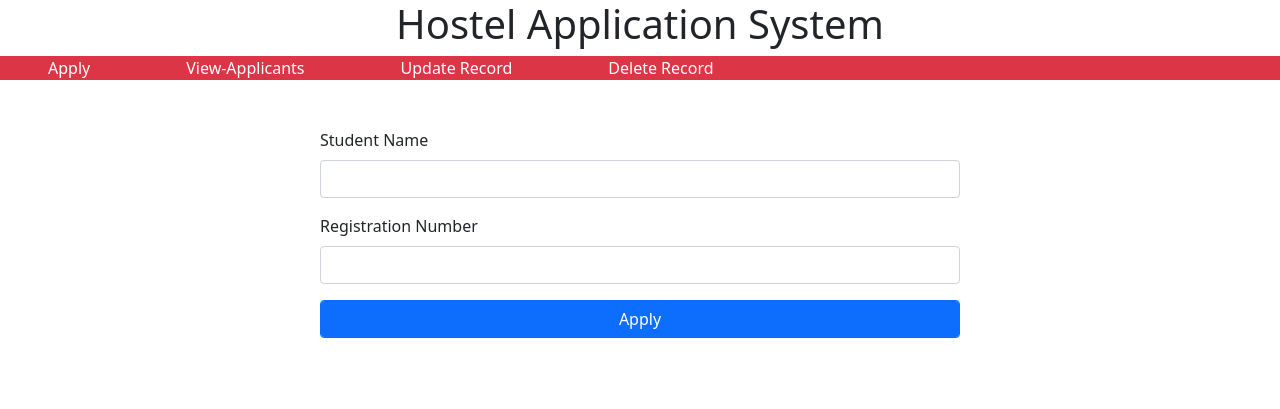
Repository: SaudCh/lab-final
Page: /hostelApplicants
These files come from the project's save history. The page is drawn as it stood at one moment and after the next save; the edit follows.
The browser window is 1280 px wide. The pictures show the whole page.
The project was rebuilt for these pictures with package versions that can differ from the ones it lists, and the page was loaded fresh each time. Also part of the build but not shown: src/components/ViewApplicant.jsx, src/components/UpdateRecord.jsx, src/components/DeleteRecord.jsx.

Above is the page before, as saved 2022-01-01 13:25:11.

### src/index.js
import React from 'react';
import ReactDOM from 'react-dom';
import 'bootstrap/dist/css/bootstrap.min.css';
import { BrowserRouter } from 'react-router-dom';
import App from './App';


ReactDOM.render(
  <BrowserRouter>
    <App />
  </BrowserRouter>,
  document.getElementById('root')
);

### src/App.js
import Navbar from "./components/Navbar";
import { Routes, Route } from 'react-router-dom';
import AddApplicant from './components/AddApplicant';
import ViewApplicant from './components/ViewApplicant';
import UpdateRecord from "./components/UpdateRecord";
import DeleteRecord from "./components/DeleteRecord";

function App() {
  return (
    <div>
      <h1 className="text-center">Hostel Application System</h1>
      <Navbar />
      <Routes>
        <Route path="/hostelApplicants" element={<AddApplicant />} />
        <Route
          path="/viewApplicants"
          element={<ViewApplicant />}
        />
        <Route
          path="/editApplicant"
          element={<UpdateRecord />}
        />
        <Route
          path="/deleteApplicant"
          element={<DeleteRecord />}
        />
      </Routes>
    </div>
  );
}

export default App;

### src/components/Navbar.jsx
import { Link } from "react-router-dom";

const Navbar = () => {
  return (
    <div>
      <div className="w-100 bg-danger">
        <Link
          to="/hostelApplicants"
          className="ms-5 me-5 text-decoration-none text-white"
        >
          Apply
        </Link>
        <Link
          to="/viewApplicants"
          className="ms-5 me-5 text-decoration-none text-white"
        >
          View-Applicants
        </Link>
        <Link
          to="/editApplicant"
          className="ms-5 me-5 text-decoration-none text-white"
        >
          Update Record
        </Link>
        <Link
          to="/deleteApplicant"
          className="ms-5 me-5 text-decoration-none text-white"
        >
          Delete Record
        </Link>
      </div>
    </div>
  );
};

export default Navbar;

### src/components/AddApplicant.jsx
import { useState } from "react";
import axios from "axios";
const AddApplicant = () => {
  const [studentName, setStudentName] = useState("");
  const [registrationNumber, setRegistrationNumber] = useState("");
  const [message, setMessage] = useState();

  const addDetails = async (e) => {
    e.preventDefault();

    const data = {
      studentName: studentName,
      registrationNumber: registrationNumber,
    };
    await axios
      .post("http://localhost:5000/user/add", data)
      .then((response) => {
        console.log(response.data);
        setMessage(response.data.message);
      })
      .catch((e) => console.log(e));
    setStudentName("");
    setRegistrationNumber("");
  };

  return (
    <div className="col-md-6 position-absolute start-50 translate-middle-x mt-5">
      {message && <div className="alert alert-success">{message}</div>}
      <form>
        <label className="mb-2">Student Name</label>
        <input
          type="text"
          className="form-control mb-3"
          name="studentName"
          value={studentName}
          onChange={(e) => setStudentName(e.target.value)}
        />

        <label className="mb-2">Registration Number</label>
        <input
          type="text"
          className="form-control mb-3"
          value={registrationNumber}
          name="registrationNumber"
          onChange={(e) => setRegistrationNumber(e.target.value)}
        />

        <button
          className="btn btn-primary form-control"
          onClick={(e) => addDetails(e)}
        >
          Apply
        </button>
      </form>
    </div>
  );
};

export default AddApplicant;

Loaded but not shown: public/index.html (common file)

After the next save:
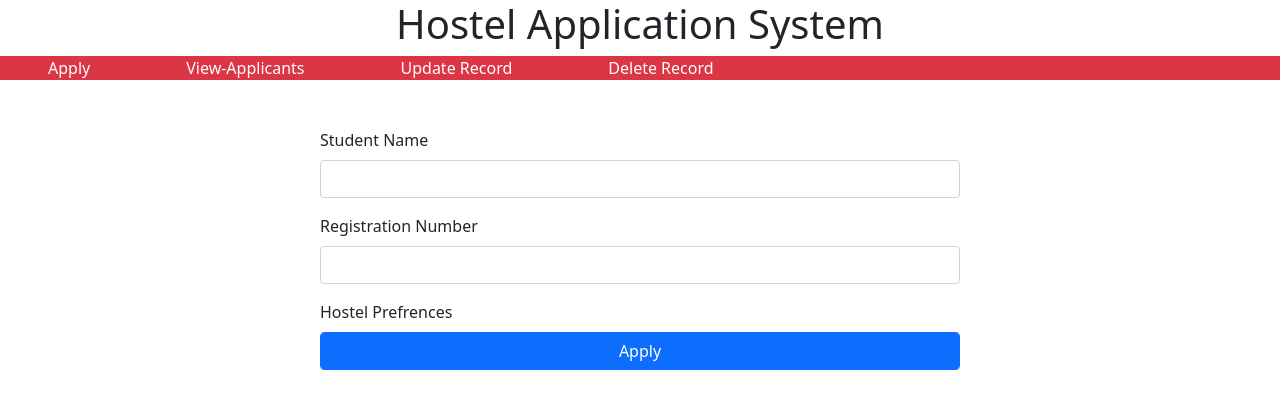
Saved 83 s later.
--- a/src/components/AddApplicant.jsx
+++ b/src/components/AddApplicant.jsx
@@ -44,6 +44,7 @@ const AddApplicant = () => {
           name="registrationNumber"
           onChange={(e) => setRegistrationNumber(e.target.value)}
         />
+        <label className="mb-2">Hostel Prefrences</label>
 
         <button
           className="btn btn-primary form-control"
